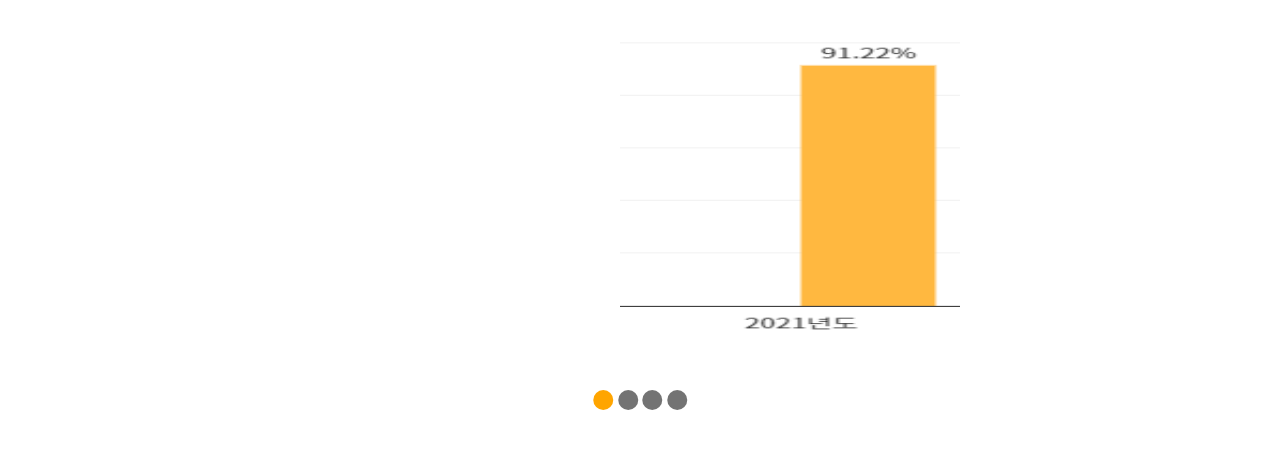
Repository: JavaJin96/kr.or.ddit.HighJava
Page: http://localhost/TeamProjectDCUM/work_psj/iframe_psj/getwork.jsp
These files come from the project's save history. The page is drawn as it stood at one moment and after the next save; the edit follows.
The browser window is 1280 px wide. The pictures show the whole page.
The page is served by Tomcat 9.

Above is the page before, as saved 2022-02-16 00:57:58.

After the next save:
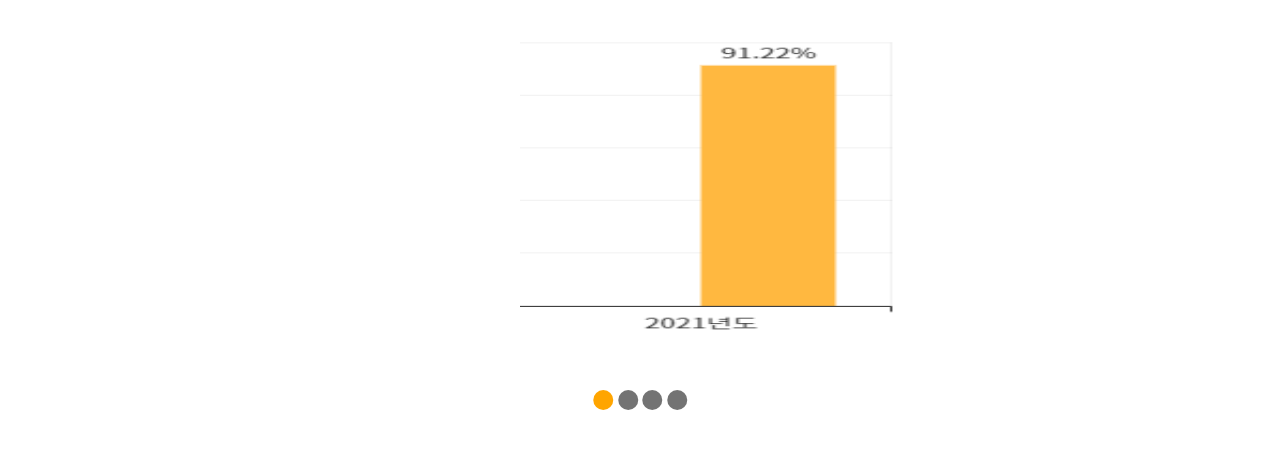
Saved 5 s later.
--- a/3.Highjava/workspace/TeamProjectDCUM/WebContent/work_psj/iframe_psj/getwork.jsp
+++ b/3.Highjava/workspace/TeamProjectDCUM/WebContent/work_psj/iframe_psj/getwork.jsp
@@ -27,7 +27,7 @@
 img{
 	width : 400px;
     height : 300px;
-    margin-left: 300px;
+    margin-left: 200px;
 }
 
 ul.imgs{
